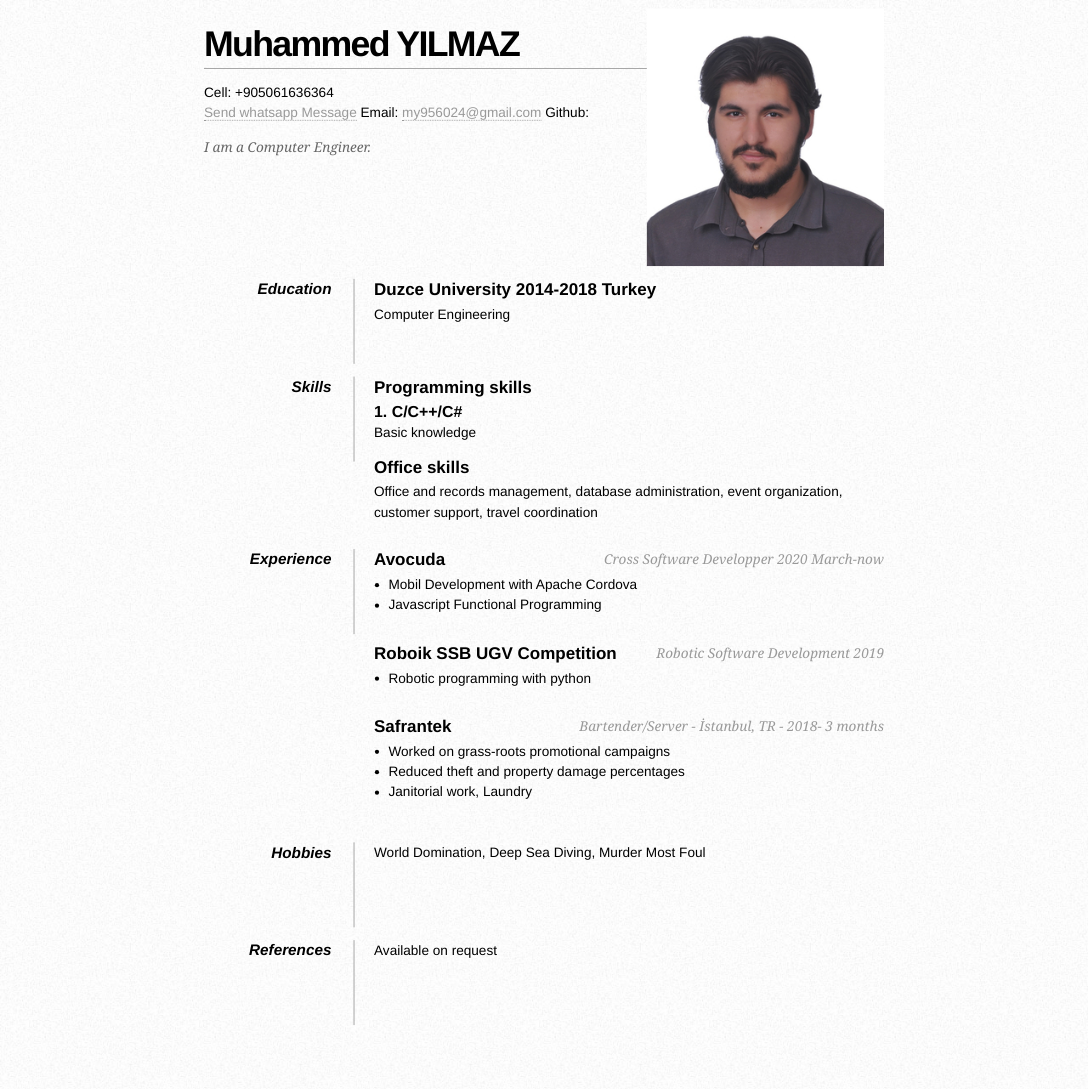
Repository: muhyilmaz/muhyilmaz.github.io
Page: index.html
An editor plug-in stored every save of this project. The page is shown before and after the next save, followed by the edit.
The browser window is 1280 px wide. The pictures show the whole page, at 85% of full size.

Above is the page before, as saved 2020-06-07 01:49:56.

### index.html
<!DOCTYPE html PUBLIC "-//W3C//DTD XHTML 1.0 Strict//EN"
"http://www.w3.org/TR/xhtml1/DTD/xhtml1-strict.dtd">

<html xmlns="http://www.w3.org/1999/xhtml" xml:lang="en" lang="en">

<head>
     <meta http-equiv="Content-Type" content="text/html; charset=utf-8"/>

     <title>MUHAMMED YILMAZ</title>

     <style type="text/css">
        * { margin: 0; padding: 0; }
        body { font: 16px Helvetica, Sans-Serif; line-height: 24px; background: url(images/noise.jpg); }
        .clear { clear: both; }
        #page-wrap { width: 800px; margin: 40px auto 60px; }
        #pic { float: right; margin: -30px 0 0 0; }
        h1 { margin: 0 0 16px 0; padding: 0 0 16px 0; font-size: 42px; font-weight: bold; letter-spacing: -2px; border-bottom: 1px solid #999; }
        h2 { font-size: 20px; margin: 0 0 6px 0; position: relative; }
        h2 span { position: absolute; bottom: 0; right: 0; font-style: italic; font-family: Georgia, Serif; font-size: 16px; color: #999; font-weight: normal; }
        p { margin: 0 0 16px 0; }
        a { color: #999; text-decoration: none; border-bottom: 1px dotted #999; }
        a:hover { border-bottom-style: solid; color: black; }
        ul { margin: 0 0 32px 17px; }
        #objective { width: 500px; float: left; }
        #objective p { font-family: Georgia, Serif; font-style: italic; color: #666; }
        dt { font-style: italic; font-weight: bold; font-size: 18px; text-align: right; padding: 0 26px 0 0; width: 150px; float: left; height: 100px; border-right: 1px solid #999;  }
        dd { width: 600px; float: right; }
        dd.clear { float: none; margin: 0; height: 15px; }
     </style>
</head>

<body>

    <div id="page-wrap">

        <img src="images/profileres.jpg" alt="Photo of Cthulu" id="pic" />

        <div id="contact-info" class="vcard">

            <!-- Microformats! -->

            <h1 class="fn">Muhammed YILMAZ</h1>

            <p>
                Cell: <span class="tel">+905061636364</span><br />
                <a href="whatsapp://send?abid=+905061636364&text=Hello">Send whatsapp Message</a>
                Email: <a class="email" href="mailto:my956024@gmail.com">my956024@gmail.com</a>
                Github: <a href="github.com/muhyilmaz"></a>
            </p>
        </div>

        <div id="objective">
            <p>
                I am a Computer Engineer.
            </p>
        </div>

        <div class="clear"></div>

        <dl>
            <dd class="clear"></dd>

            <dt>Education</dt>
            <dd>
                <h2>Duzce University 2014-2018 Turkey</h2>
                <p> Computer Engineering </br>

				</p>
            </dd>

            <dd class="clear"></dd>

            <dt>Skills</dt>
            <dd>
                <!---
				<h2>Office skills</h2>
                <p>Office and records management, database administration, event organization, customer support, travel coordination</p>

                <h2>Computer skills</h2>
                <p>Microsoft productivity software (Word, Excel, etc), Adobe Creative Suite, Windows</p>
				-->
				<h2>Programming skills</h2>
				<h3>1. C/C++/C# </h3>
                <p>Basic knowledge </p>

				<h2>Office skills</h2>
                <p>Office and records management, database administration, event organization, customer support, travel coordination</p>
			</dd>

            <dd class="clear"></dd>

            <dt>Experience</dt>
            <dd>
                <h2>Avocuda <span>Cross Software Developper 2020 March-now</span></h2>
                <ul>
                    <li> Mobil Development with Apache Cordova</li>
					<li> Javascript Functional Programming</li>

                </ul>
                <h2>Roboik SSB UGV Competition <span>Robotic Software Development 2019</span></h2>
                <ul>
                    <li>Robotic programming with python</li>

                </ul>
                <h2>Safrantek <span>Bartender/Server - İstanbul, TR - 2018- 3 months</span></h2>
                <ul>
                    <li>Worked on grass-roots promotional campaigns</li>
                    <li>Reduced theft and property damage percentages</li>
                    <li>Janitorial work, Laundry</li>
                </ul>
            </dd>

            <dd class="clear"></dd>

            <dt>Hobbies</dt>
            <dd>World Domination, Deep Sea Diving, Murder Most Foul</dd>

            <dd class="clear"></dd>

            <dt>References</dt>
            <dd>Available on request</dd>

            <dd class="clear"></dd>
        </dl>

        <div class="clear"></div>

    </div>

</body>

</html>

After the next save:
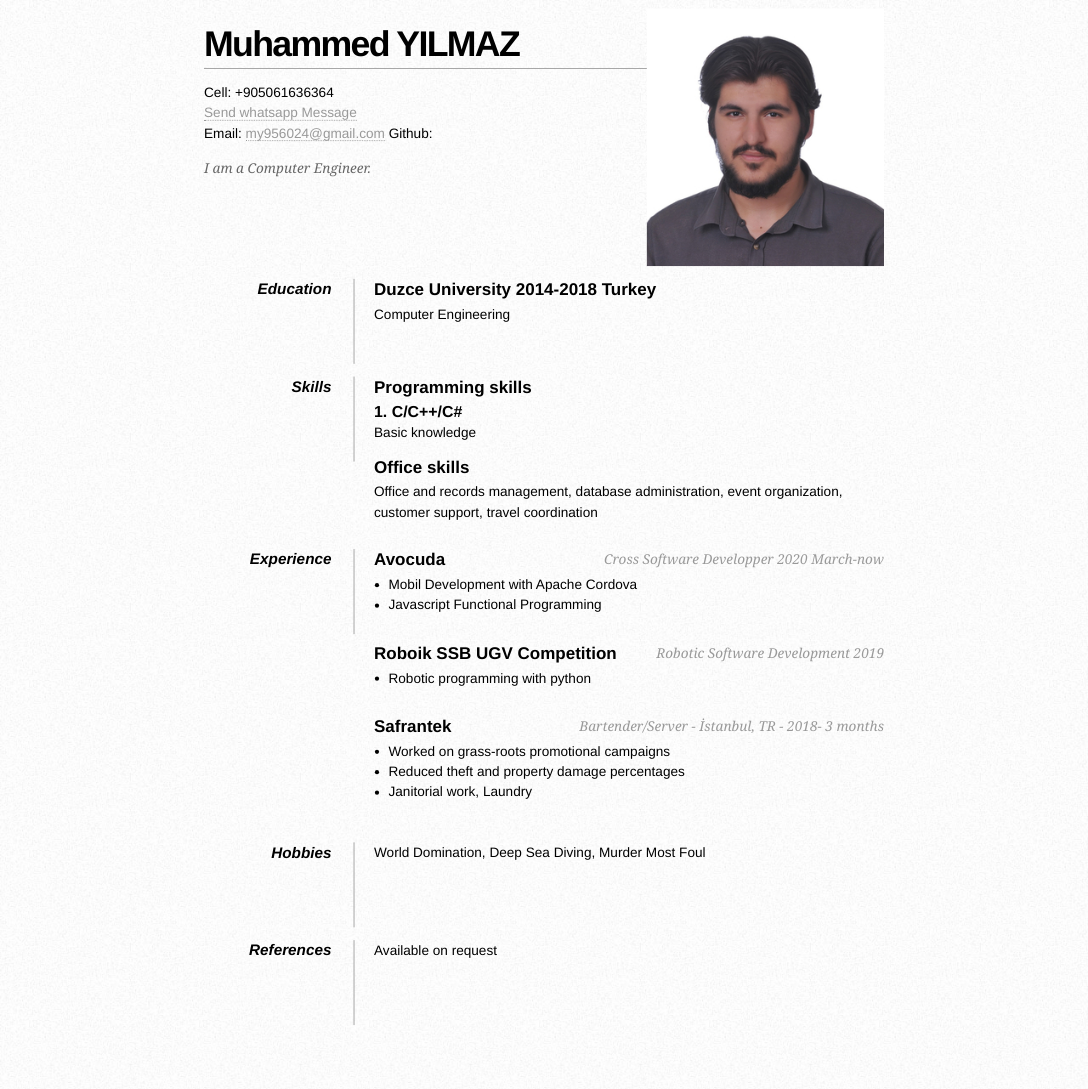
Saved 56 s later.
--- a/index.html
+++ b/index.html
@@ -43,7 +43,7 @@
 
             <p>
                 Cell: <span class="tel">+905061636364</span><br />
-                <a href="whatsapp://send?abid=+905061636364&text=Hello">Send whatsapp Message</a>
+                <a href="whatsapp://send?abid=+905061636364&text=Hello">Send whatsapp Message</a><br />
                 Email: <a class="email" href="mailto:my956024@gmail.com">my956024@gmail.com</a>
                 Github: <a href="github.com/muhyilmaz"></a>
             </p>
